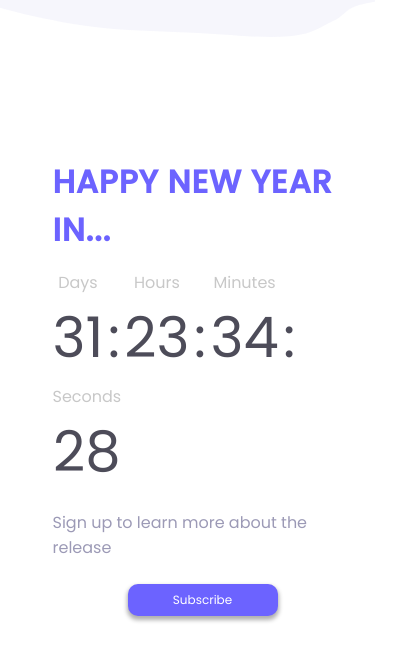
Repository: BrunoBross/countdown
Page: index.html
These files come from the project's save history. The page is drawn as it stood at one moment and after the next save; the edit follows.
The browser window is 375 px wide. The page is 405 px wide, so the pictures cover 405 px, including what lies to the right of the window. The pictures show the whole page.

Above is the page before, as saved 2021-11-30 01:31:10.

After the next save:
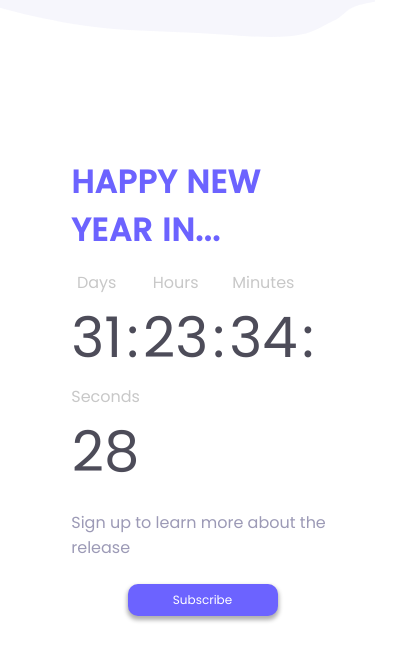
Saved 8 s later.
--- a/style.css
+++ b/style.css
@@ -105,6 +105,6 @@
   }
 
   .content{
-    width: 80vw;
+    width: 70vw;
   }
 }

After the 2 saves that followed:
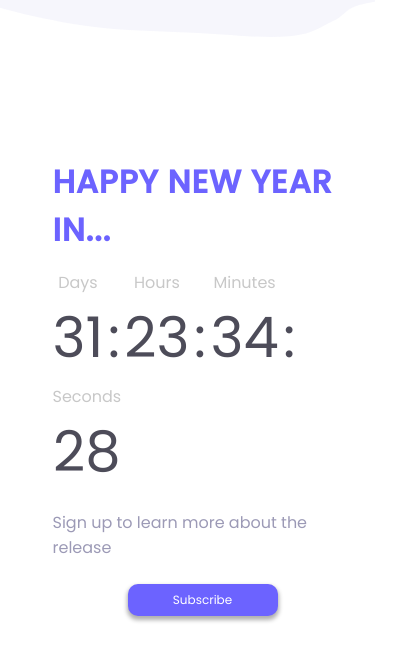
The 2 saves are shown as one change because they came seconds apart.
The last was saved 6 s later.
--- a/style.css
+++ b/style.css
@@ -105,6 +105,6 @@
   }
 
   .content{
-    width: 70vw;
+    width: 80vw;
   }
 }
